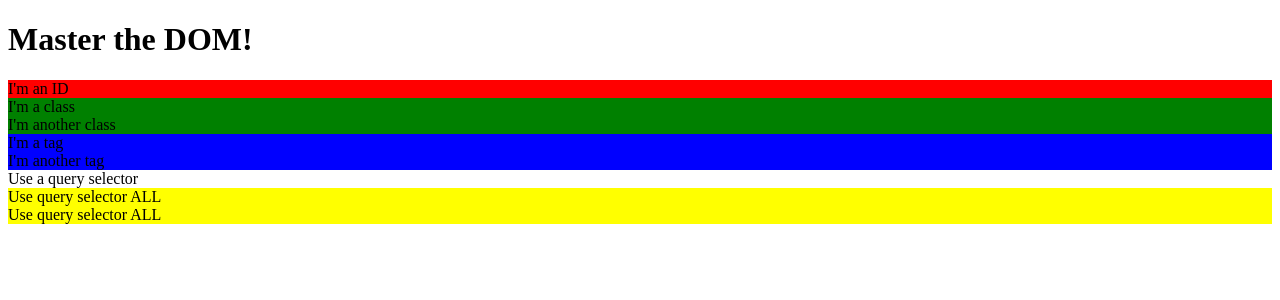
Repository: glgeorgiou/100-days-of-code-projects
Page: DOM Testing/1.html
An editor plug-in stored every save of this project. The page is shown before and after the next save, followed by the edit.
The browser window is 1280 px wide. The pictures show the whole page.

Above is the page before, as saved 2020-04-14 10:38:01.

### DOM Testing/1.html
<!DOCTYPE html>
<html lang="en">
<head>
  <title>Master the DOM!</title>
</head>
<body>
    <h1>Master the DOM!</h1>
    <div id="test">I'm an ID</div>
    <div class="test">I'm a class</div>
    <div class="test">I'm another class</div>
    <section>I'm a tag</section>
    <section>I'm another tag</section>
    <div id="test-query">Use a query selector</div>
    <div class="test-query-all">Use query selector ALL</div>
    <div class="test-query-all">Use query selector ALL</div>

    <script src="1.js"></script>
</body>
</html>

### DOM Testing/1.js
/**
 * Using js to colorize DOM
 * Source: https://medium.com/@timothyrobards/javascript-fundamentals-master-the-dom-part-1-82433084fb40
 * */

//First paragraph - id
testId = document.getElementById('test');
testId.style.backgroundColor = 'red'


//2nd paragraph - class
testClass = document.getElementsByClassName('test');
//Single element
//testClass[0].style.backgroundColor = 'green'
//Using for
for (i = 0; i < testClass.length; i++) {
    testClass[i].style.backgroundColor = 'green';
  }


  //By tag name
  testTag = document.getElementsByTagName('section');
for (i = 0; i < testTag.length; i++) {
    testTag[i].style.backgroundColor = 'blue';
}


//QuerySelectorAll
testQueryAll = document.querySelectorAll('.test-query-all');
testQueryAll.forEach(query => {
    query.style.backgroundColor = 'yellow';
  });

After the next save:
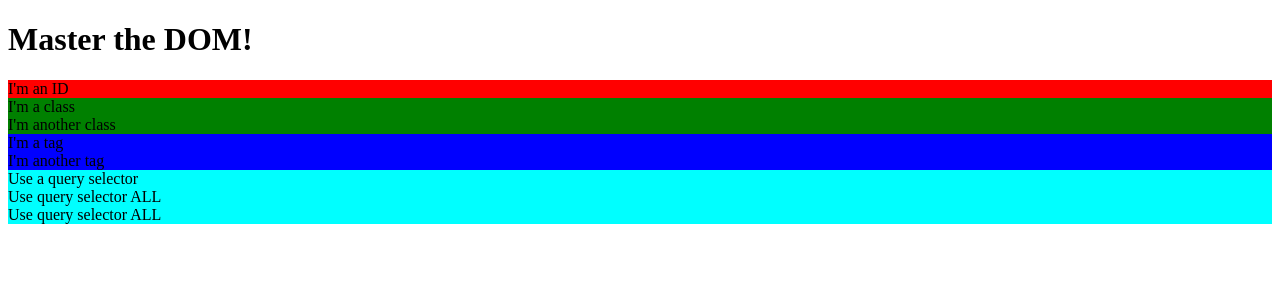
Saved 3 min 1 s later.
--- a/DOM Testing/1.js
+++ b/DOM Testing/1.js
@@ -26,7 +26,15 @@
 
 
 //QuerySelectorAll
-testQueryAll = document.querySelectorAll('.test-query-all');
-testQueryAll.forEach(query => {
-    query.style.backgroundColor = 'yellow';
+/**
+ testQueryAll = document.querySelectorAll('.test-query-all');
+ testQueryAll.forEach(query => {
+     query.style.backgroundColor = 'yellow';
+    });
+    *
+    */
+//Alternativellly
+testQueryAll = document.querySelectorAll('#test-query, .test-query-all')
+ testQueryAll.forEach(query => {
+    query.style.backgroundColor = 'cyan';
   });
